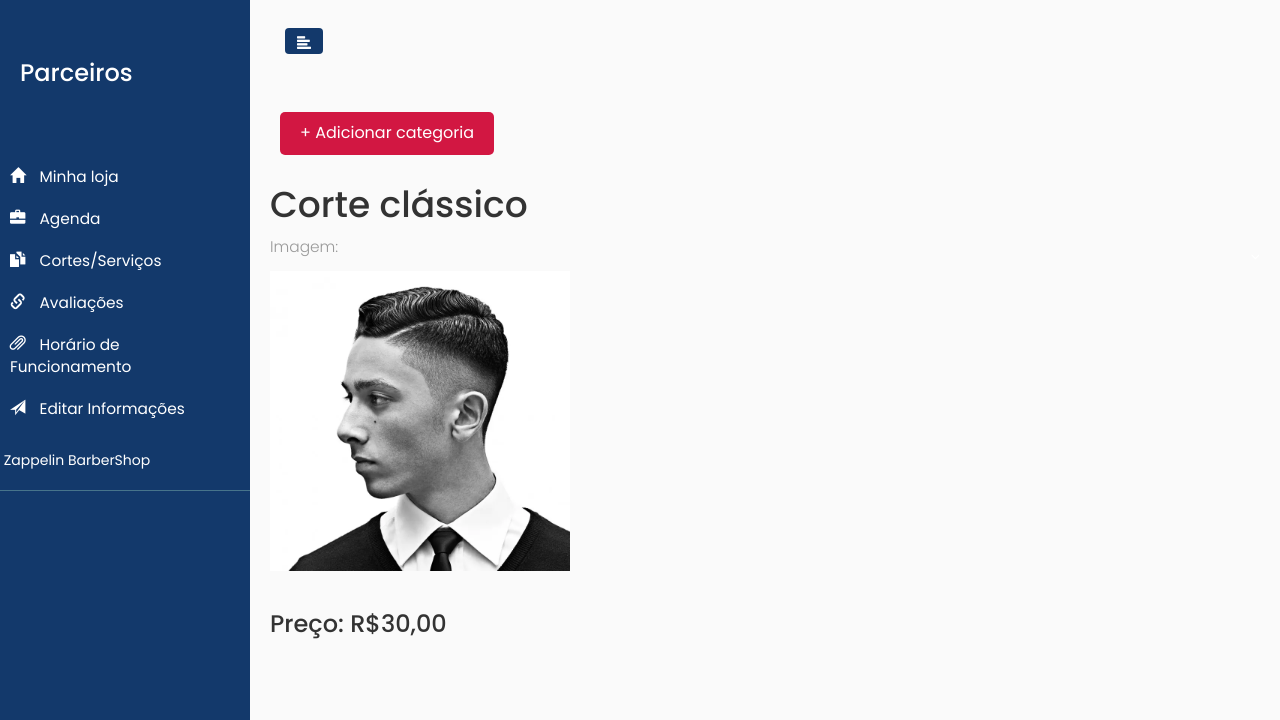
Repository: aquilesascar/barberconnect
Page: http://localhost/corteclassico.php
The author's editor kept a copy of each file at every save. The page is drawn from the files as they stood at one save, then again after the next save.
The browser window is 1280 px wide. The pictures show the whole page.
The page is run by PHP 8.4 with error messages shown; the project is at /var/www/html/.

Above is the page before, as saved 2023-10-10 10:08:32.

### corteclassico.php
<!DOCTYPE html>
<html>

<head>
    <meta charset="utf-8">
    <meta name="viewport" content="width=device-width, initial-scale=1.0">
    <meta http-equiv="X-UA-Compatible" content="IE=edge">

    <title>Barra de tarefas</title>

    <!-- Bootstrap CSS CDN -->
    <link rel="stylesheet" href="https://maxcdn.bootstrapcdn.com/bootstrap/3.3.7/css/bootstrap.min.css">
    <!-- Our Custom CSS -->
    <link rel="stylesheet" href="../TCC/assets/css/style4.css">

</head>

<body>
    <div class="wrapper">
        <?php
        //INCLUSÃO DO MENU
        include_once('menu.php');
        ?>
        <!-- Page Content Holder -->
        <div id="content">


            <div class="container-fluid">

                <div class="navbar-header">
                    <button type="button" id="sidebarCollapse" class="btn btn-info navbar-btn">
                        <i class="glyphicon glyphicon-align-left"></i>

                    </button>
                </div>

                <div class="collapse navbar-collapse" id="bs-example-navbar-collapse-1">

                </div>
            </div>
            </nav>
            <br><br>


            <button id="botaoAbrir">+ Adicionar categoria</button>
            <div id="caixaTexto" style="display: none;">
                <input type="text" id="textoInput" placeholder="Digite seu texto aqui">
                <button id="salvarTexto" onclick="salvarTexto()">Salvar</button>
            </div>
            <div id="textoSalvo"></div>
            <script>
                document.getElementById('botaoAbrir').addEventListener('click', function() {
                    document.getElementById('caixaTexto').style.display = 'block';
                });

                function salvarTexto() {
                    var texto = document.getElementById('textoInput').value;
                    document.getElementById('textoSalvo').textContent = texto;
                    document.getElementById('textoInput').value = '';
                }
            </script>

            <style>
                #botaoAbrir,
                #salvarTexto {
                    background-color: #D21742;
                    border: none;
                    color: white;
                    padding: 10px 20px;
                    text-align: center;
                    text-decoration: none;
                    display: inline-block;
                    font-size: 16px;
                    margin: 10px;
                    cursor: pointer;
                    border-radius: 5px;
                }
            </style>






            <h1>Corte clássico</h1>
            <p>Imagem:</p>
            <img src="../TCC/assets/img/classiccorte.webp" alt="" class="img">
            <style>
                .img {
                    width: 300px;
                    height: auto;
                }
            </style>
            <h3>Preço: R$30,00</h3>

        </div>
    </div>

    <!-- jQuery CDN -->
    <script src="https://code.jquery.com/jquery-1.12.0.min.js"></script>
    <!-- Bootstrap Js CDN -->
    <script src="https://maxcdn.bootstrapcdn.com/bootstrap/3.3.7/js/bootstrap.min.js"></script>

    <script type="text/javascript">
        $(document).ready(function() {
            $('#sidebarCollapse').on('click', function() {
                $('#sidebar').toggleClass('active');
            });
        });
    </script>
</body>

</html>

### menu.php
<nav id="sidebar">
    <div class="sidebar-header">
        <h3>Parceiros</h3>
        <strong>BC</strong>
    </div>

    <ul class="list-unstyled components">
        <li>
            <a href="index4.php">
                <i class="glyphicon glyphicon-home"></i>
                Minha loja
            </a>

        </li>
        <li>
            <a href="agenda.php">
                <i class="glyphicon glyphicon-briefcase"></i>
                Agenda
            </a>

            <a href="corteclassico.php" aria-expanded="false">
                <i class="glyphicon glyphicon-duplicate"></i>
                Cortes/Serviços
            </a>
        </li>
        <li>
            <a href="avaliacoes.php">
                <i class="glyphicon glyphicon-link"></i>
                Avaliações
            </a>
        </li>
        <li>
            <a href="horario.php">
                <i class="glyphicon glyphicon-paperclip"></i>
                Horário de Funcionamento
            </a>
        </li>
        <li>
            <a href="#">
                <i class="glyphicon glyphicon-send"></i>
                Editar Informações
            </a>
        </li>
        <li>
            <a href="#"></a>
            <i class="glyphicon glyphicon-logout"></i>
            Zappelin BarberShop
        </li>
    </ul>

</nav>

### assets/css/style4.css
@import "https://fonts.googleapis.com/css?family=Poppins:300,400,500,600,700";

.form-check form-switch {
    text-align: justify;
}

h2 {
    padding-top: 20px;
}

h3 {
    padding-bottom: 20px;
    padding-top: 20px;
}

#sidebarCollapse {
    display: flex;
    align-items: center;
    justify-content: center;
}

#sidebarCollapse:hover {

    background-color: #05234b;
    color: white;
    align-items: center;
}

#lorem{
    color: #fafafa;
    font-size: 14px;
    user-select: none; /* Evita a seleção de texto */
    cursor: default;   /* Mantém o cursor padrão */
}


.coverImg {
    display: flex;
    justify-content: center;
}

.cover {
    border-radius: 8px;
}

.images {
    padding-bottom: 6% !important;
}

.linha{
    padding-bottom: 3%;
}

.filtros button {
    align-items: center !important;
    justify-content: center;
    border-radius: 25px !important;
    padding: 5px 17px;
    background-color: transparent;
    border-color: #8c8c8c !important;
    color: #8c8c8c;
    font-size: 16px !important;
    margin-right: 20px;
    font-weight: 450;
}

.filtros button:hover {
    background-color: transparent !important;
    /* Remove a mudança de cor de fundo */
    border-color: #6a6a6a !important;
    /* Remove a mudança de cor da borda */
    color: #6a6a6a !important;
    /* Remove a mudança de cor do texto */
}

.btn-primary {
    align-items: center !important;
    justify-content: center;
    border-radius: 5px !important;
    background-color: transparent;
    border-color: #080808 !important;
    color: #8c8c8c;
    font-size: 13px;
    margin-right: 20px;
    font-weight: 450;
}

.btn-primary:hover {
    background-color: transparent !important;
    /* Remove a mudança de cor de fundo */
    border-color: #6a6a6a !important;
    /* Remove a mudança de cor da borda */
    color: #6a6a6a !important;
    /* Remove a mudança de cor do texto */
}

.filtros {
    padding-bottom: 1%;

}

.divForm {
    margin-left: 10%;
    margin-right: 10%;
    border-radius: 6px;
    background-color: white;
    position: relative;
}

.divTable {
    border-radius: 6px;
    background-color: white;
    position: relative;
    box-shadow: 0 4px 8px 0 rgba(0, 0, 0, 0.2);
}

.divTable table {
    width: 100%;
    border-collapse: collapse;
    font-family: Arial, sans-serif;
}

.divTable th {
    background-color: #13396B;
    color: white;
    padding: 10px;
    text-align: center;
}

.divTable td {
    padding: 18px;
    text-align: center;
    border-bottom: 1px solid #ddd;
}

.divTable tr:hover {
    background-color: #f5f5f5;
}

.divTable caption {
    caption-side: top;
    text-align: center;
    font-weight: bold;
}


.barberItem {
    box-sizing: border-box;
    width: calc(100% / 3 - 10px);
    height: 200px;
    display: inline-block;
    position: relative;
    border-radius: 15px; /* Adiciona bordas arredondadas */
    box-shadow: 0 4px 8px 0 rgba(0,0,0,0.2); /* Adiciona sombra */
    transition: transform 0.4s ease, box-shadow 0.2s ease;
    background-color: #ffffff; /* Adiciona cor de fundo */
    padding: 10px 20px;
    margin-right: 6px;
    margin-bottom: 20px; /* Espaçamento entre as linhas */
}

.barberItem:hover {
    border-color: #6a6a6a !important;
    cursor: pointer;
}

.barberItem p {
    padding-left: 15%;
    font-size: 20px !important;
    padding-bottom: 20% !important;
    display: inline-block !important;
}

.barberText {
    margin-left: 85px;
    font-size: 24px;
    align-items: center;
    position: relative;
    top: -78px;
}

.description {
    padding-top: 4%;
}

.itemDescription {
    color: #8c8c8c;
    display: block;
    padding-bottom: 5%;
}

.price {
    padding-top: 5%;
    font-weight: 700;
    font-size: 20px;
}

.infos {
    position: relative;
    top: -1px;
    display: flex;
    justify-content: space-between;
    /* Isso substituirá a necessidade de float: right; */
}

.rightInfo {
    clear: both;
}

.itemName {
    font-size: 20px;
    font-weight: 600;
    position: relative;
}

.bi-star-fill {
    font-size: 16px;

}

.barberInfo {
    padding-top: 5%;
    font-size: 16px;
}

.avaliacao {
    color: rgb(255, 213, 0);
    text-decoration: underline;
    transition: color 0.2s ease;
}

.avaliacao:hover {
    cursor: pointer;
    color: rgb(251, 209, 0);
}

.distancia {
    color: rgba(0, 0, 0, 0.45);
}

.barberText {
    padding-top: 3px;
    font-size: 16px;
}

.barberName {
    font-size: 24px;
    font-weight: 700;
    position: relative;

}

.images img {
    padding-right: 3% !important;
}

body {
    font-family: 'Poppins', sans-serif;
    background: #fafafa;
}

p {
    font-family: 'Poppins', sans-serif;
    font-size: 1.1em;
    font-weight: 300;
    line-height: 1.7em;
    color: #999;
}

a,
a:hover,
a:focus {
    color: inherit;
    text-decoration: none;
    transition: all 0.3s;
}

.navbar {
    padding: 15px 10px;
    background: #fff;
    border: none;
    border-radius: 0;
    margin-bottom: 40px;
    box-shadow: 1px 1px 3px rgba(0, 0, 0, 0.1);
}

.minImg {
    position: absolute;
    right: 0;
    top: 50%;
    transform: translateY(-50%);
    padding-right: 5%;

}


.images img {
    padding-right: 3% !important;
}

.navbar-btn {
    box-shadow: none;
    outline: none !important;
    border: none;
    color: #ffffff;
    background-color: #13396B;
}

.line {
    width: 100%;
    height: 1px;
    border-bottom: 1px dashed #ddd;
    margin: 40px 0;
}

i,
span {
    display: inline-block;
}

/* ---------------------------------------------------
    SIDEBAR STYLE
----------------------------------------------------- */
.wrapper {
    display: flex;
    height: 100%;
    /*align-items: stretch;*/
}

#agenda {
    background-color: #13396B !important;
    color: white;
    cursor: default;
}

#thData:hover {
    cursor: pointer;
}

#sidebar {
    min-width: 250px;
    max-width: 250px;
    background: #13396B;
    color: #ffffff;
    transition: all 0.3s;
}

#sidebar.active {
    min-width: 80px;
    max-width: 80px;
    text-align: center;
}

#sidebar.active .sidebar-header h3,
#sidebar.active .CTAs {
    display: none;
}

#sidebar.active .sidebar-header strong {
    display: block;
}

#sidebar ul li a {
    text-align: left;
}

#sidebar.active ul li a {
    padding: 20px 10px;
    text-align: center;
    font-size: 0.85em;
}

#sidebar.active ul li a i {
    margin-right: 0;
    display: block;
    font-size: 1.8em;
    margin-bottom: 5px;
}

#sidebar.active ul ul a {
    padding: 10px !important;
}

#sidebar.active a[aria-expanded="false"]::before,
#sidebar.active a[aria-expanded="true"]::before {
    top: auto;
    bottom: 5px;
    right: 50%;
    -webkit-transform: translateX(50%);
    -ms-transform: translateX(50%);
    transform: translateX(50%);
}

#sidebar .sidebar-header {
    padding: 20px;
    background: #13396B;
}

#sidebar .sidebar-header strong {
    display: none;
    font-size: 1.8em;
}

#sidebar ul.components {
    padding: 20px 0;
    border-bottom: 1px solid #47748b;
}

#sidebar ul li a {
    padding: 10px;
    font-size: 1.1em;
    display: block;
}

#sidebar ul li a:hover {
    color: #13396B;
    background: #fff;
}

#sidebar ul li a i {
    margin-right: 10px;
}

#sidebar ul li.active>a,
a[aria-expanded="true"] {
    color: #fff;
    background: #13396B;
}


a[data-toggle="collapse"] {
    position: relative;
}

a[aria-expanded="false"]::before,
a[aria-expanded="true"]::before {
    content: '\e259';
    display: block;
    position: absolute;
    right: 20px;
    font-family: 'Glyphicons Halflings';
    font-size: 0.6em;
}

a[aria-expanded="true"]::before {
    content: '\e260';
}


ul ul a {
    font-size: 0.9em !important;
    padding-left: 30px !important;
    background: #13396B;
}

ul.CTAs {
    padding: 20px;
}

ul.CTAs a {
    text-align: center;
    font-size: 0.9em !important;
    display: block;
    border-radius: 5px;
    margin-bottom: 5px;
}

a.download {
    background: #13396B;
    color: #13396B;
}

a.article,
a.article:hover {
    background: #13396B !important;
    color: #fff !important;
}

#imgCorte {
    width: 100px;
}

/* ---------------------------------------------------
    CONTENT STYLE
----------------------------------------------------- */
#content {
    padding: 20px;
    min-height: 100vh;
    transition: all 0.3s;
}


/* ---------------------------------------------------
    MEDIAQUERIES
----------------------------------------------------- */
@media (max-width: 768px) {
    #sidebar {
        min-width: 80px;
        max-width: 80px;
        text-align: center;
        margin-left: -80px !important;
    }

    a[aria-expanded="false"]::before,
    a[aria-expanded="true"]::before {
        top: auto;
        bottom: 5px;
        right: 50%;
        -webkit-transform: translateX(50%);
        -ms-transform: translateX(50%);
        transform: translateX(50%);
    }

    #sidebar.active {
        margin-left: 0 !important;
    }

    #sidebar .sidebar-header h3,
    #sidebar .CTAs {
        display: none;
    }

    #sidebar .sidebar-header strong {
        display: block;
    }

    #sidebar ul li a {
        padding: 20px 10px;
    }

    #sidebar ul li a span {
        font-size: 0.85em;
    }

    #sidebar ul li a i {
        margin-right: 0;
        display: block;
    }

    #sidebar ul ul a {
        padding: 10px !important;
    }

    #sidebar ul li a i {
        font-size: 1.3em;
    }

    #sidebar {
        margin-left: 0;
    }

    #sidebarCollapse span {
        display: none;
    }
}

After the next save:
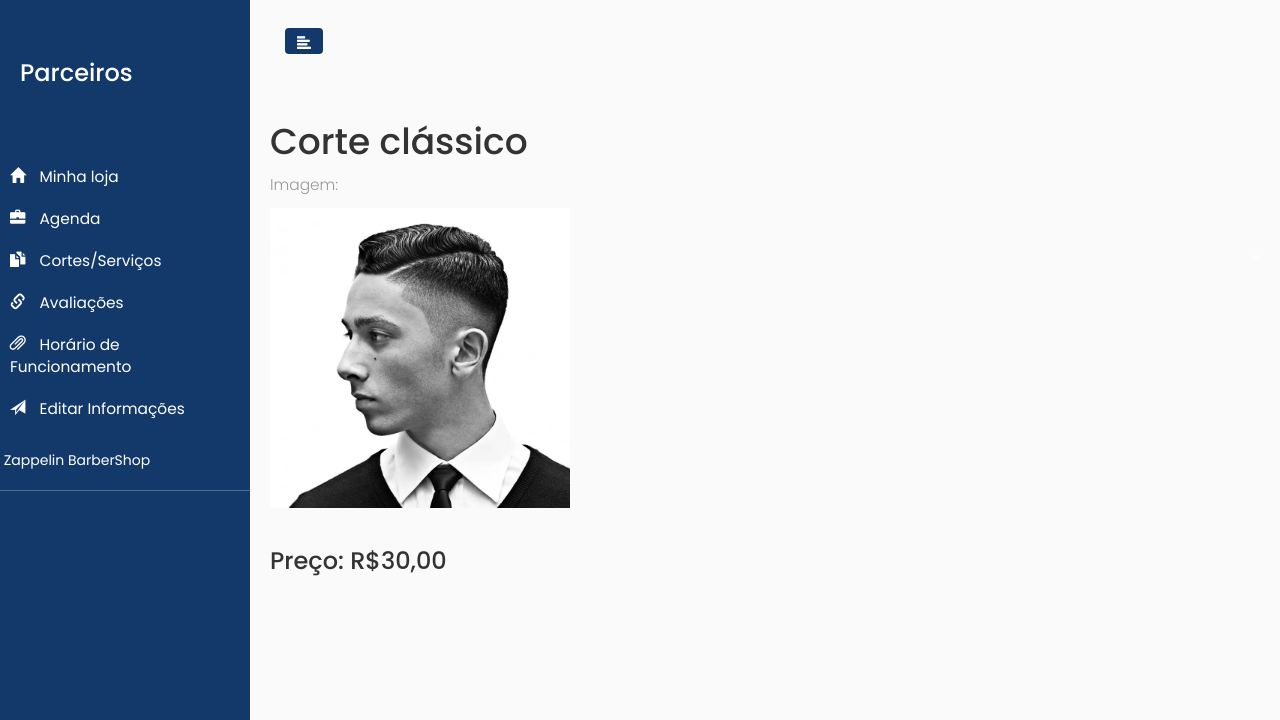
Saved 34 s later.
--- a/corteclassico.php
+++ b/corteclassico.php
@@ -42,23 +42,7 @@
             <br><br>
 
 
-            <button id="botaoAbrir">+ Adicionar categoria</button>
-            <div id="caixaTexto" style="display: none;">
-                <input type="text" id="textoInput" placeholder="Digite seu texto aqui">
-                <button id="salvarTexto" onclick="salvarTexto()">Salvar</button>
-            </div>
-            <div id="textoSalvo"></div>
-            <script>
-                document.getElementById('botaoAbrir').addEventListener('click', function() {
-                    document.getElementById('caixaTexto').style.display = 'block';
-                });
 
-                function salvarTexto() {
-                    var texto = document.getElementById('textoInput').value;
-                    document.getElementById('textoSalvo').textContent = texto;
-                    document.getElementById('textoInput').value = '';
-                }
-            </script>
 
             <style>
                 #botaoAbrir,
